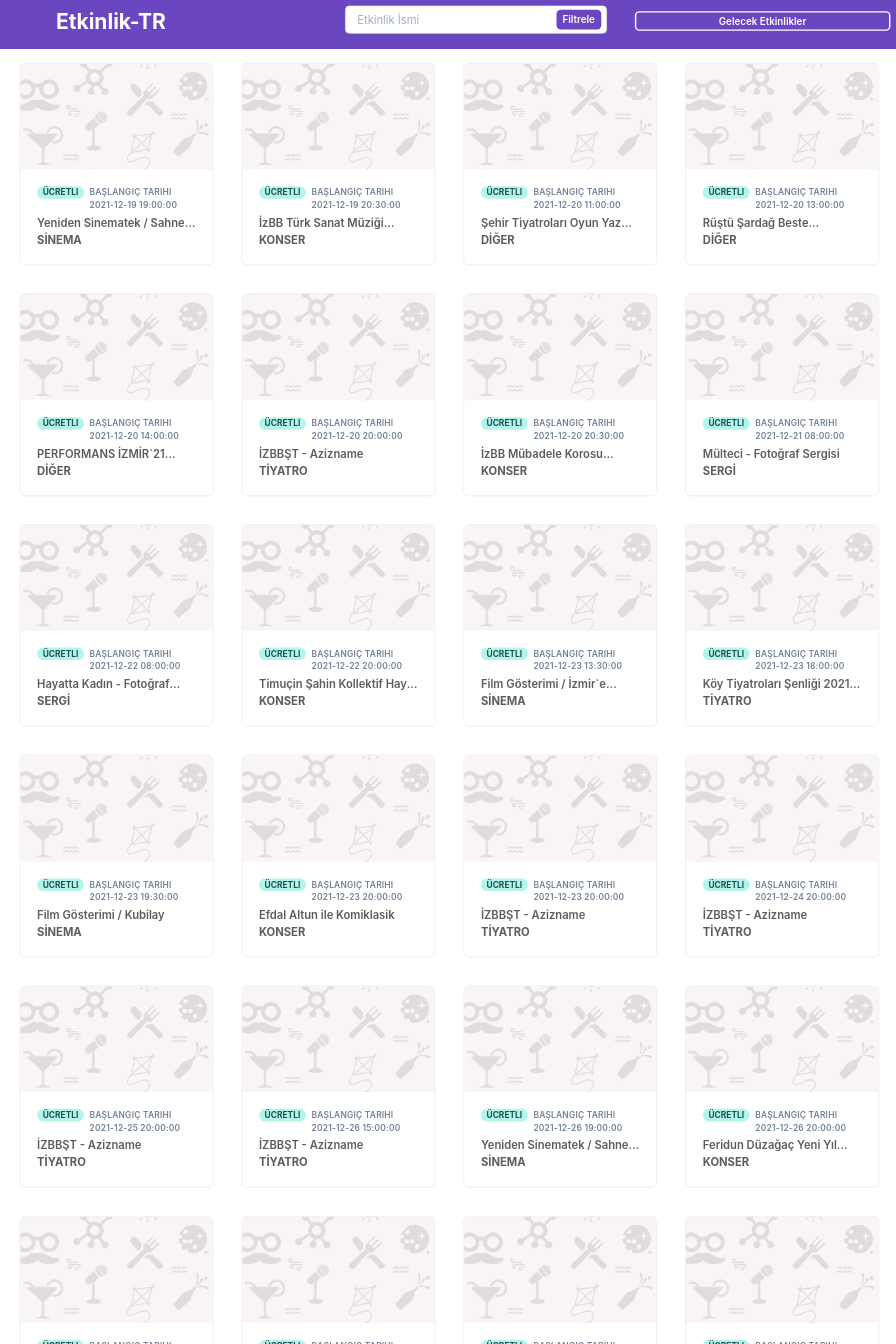
Repository: adnanyagmur/EtsTur-FrontEnd-Hiring-Challange
Page: /gecmisEtkinlikler
An editor plug-in stored every save of this project. The page is shown before and after the next save, followed by the edit.
The browser window is 1280 px wide. The pictures show the part of the page from y = 0 to 1920 px (the page is 25583 px tall), at 70% of full size.
The project was rebuilt for these pictures with package versions that can differ from the ones it lists, and the page was loaded fresh each time. Also part of the build but not shown: src/index.css, src/components/detailPage/DetailPage.jsx, src/components/eventList/EventList.jsx, src/components/hompage/HomePage.jsx.

Above is the page before, as saved 2022-06-21 16:35:41.

After the next save:
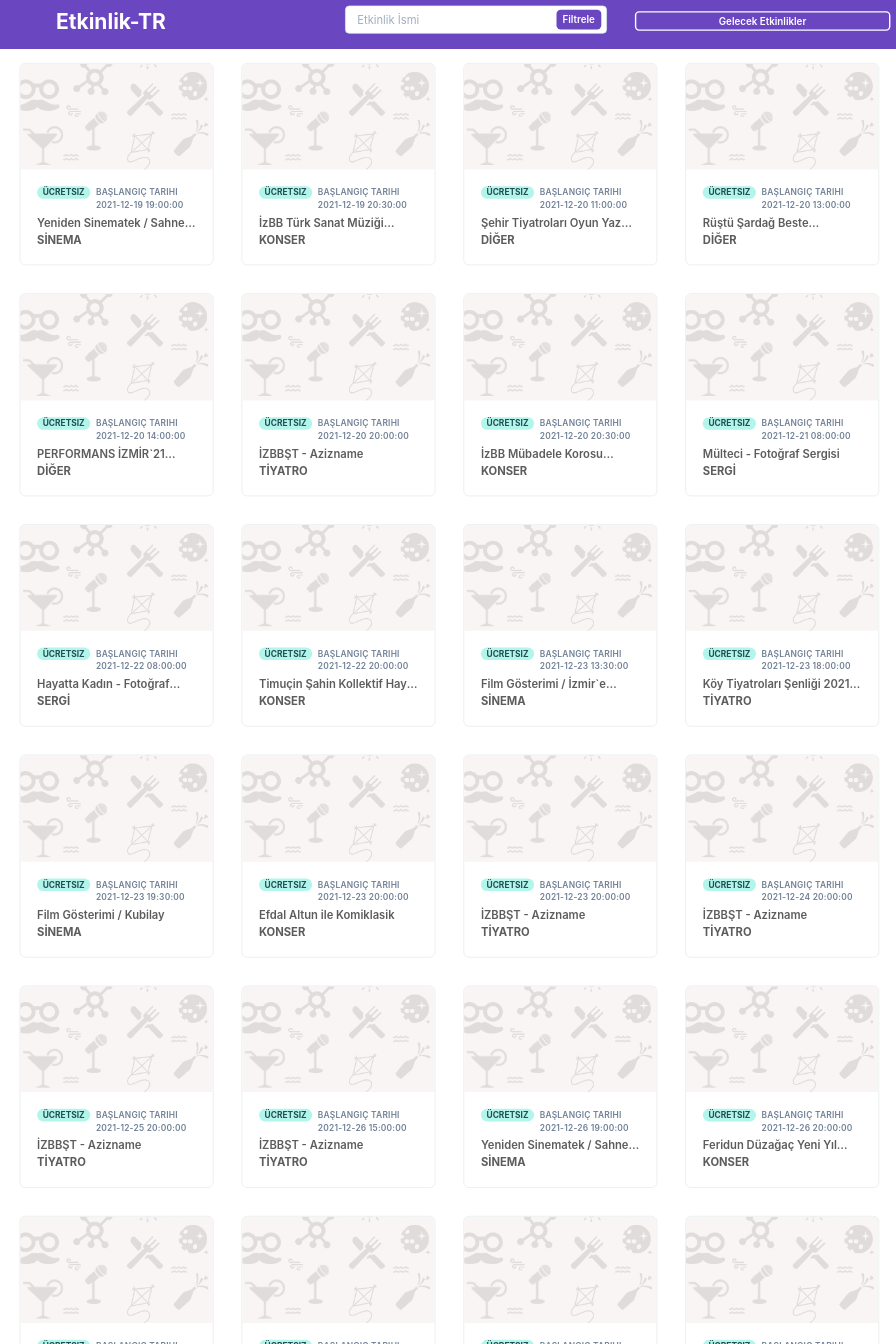
Saved 13 min 9 s later.
--- a/src/components/pastEventList/PastList.jsx
+++ b/src/components/pastEventList/PastList.jsx
@@ -69,7 +69,7 @@ const handleClick = (()=> {
       <Box p='6'>
         <Box display='flex' alignItems='baseline'>
           <Badge borderRadius='full' px='2' colorScheme='teal'>
-           {data.UCRETLENDIRME ? ("Ücretli"):("Ücretsiz")}
+           {data.UCRETLENDIRME ==true ? ("Ücretli"):("Ücretsiz")}
           </Badge>
           <Box
             color='gray.500'
